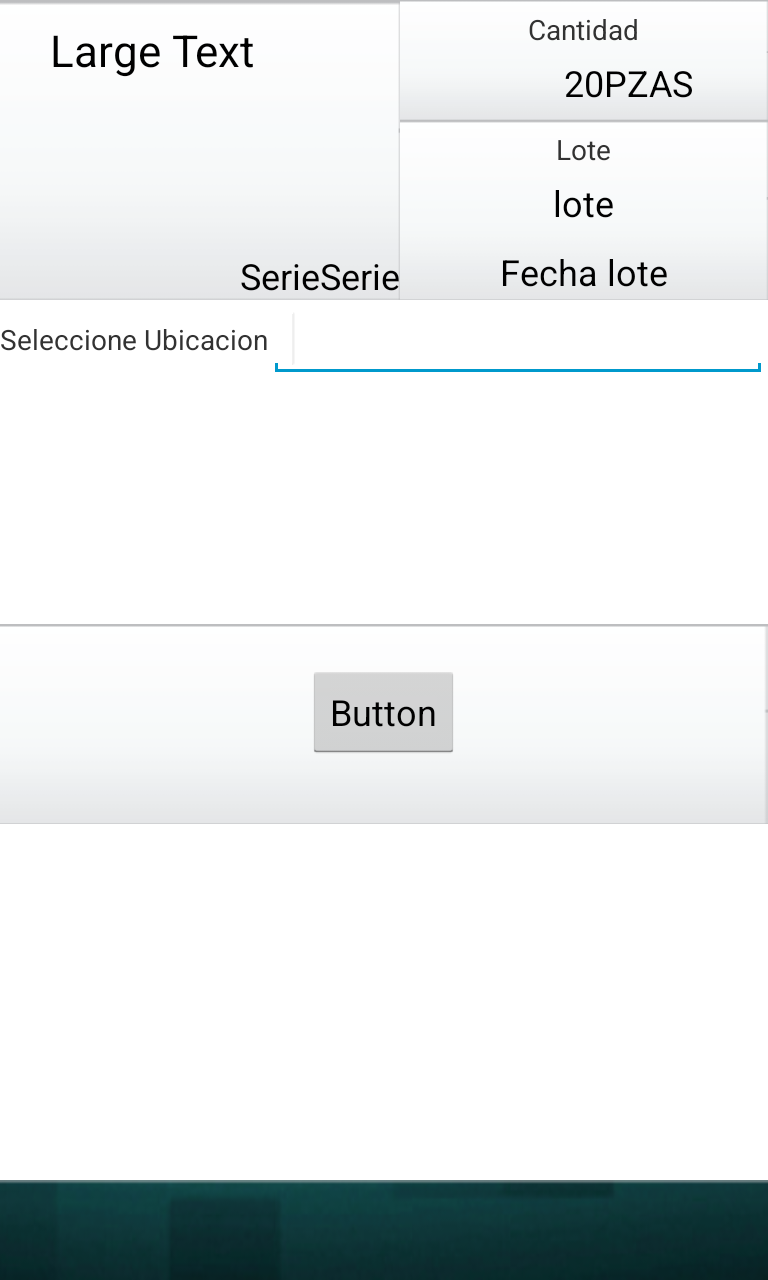
Repository: moynard/PeanutAndroid
Layout: WHSStorekeeper/res/layout/detail_arrivados.xml
The author's editor kept a copy of each file at every save. The layout is drawn from the files as they stood at one save, then again after the next save.
It is drawn on a 768 x 1280 px phone screen (xhdpi) without system bars, with theme AppTheme; the app's code is not run.

Above is the layout before, as saved 2013-07-25 01:29:46.

After the next save:
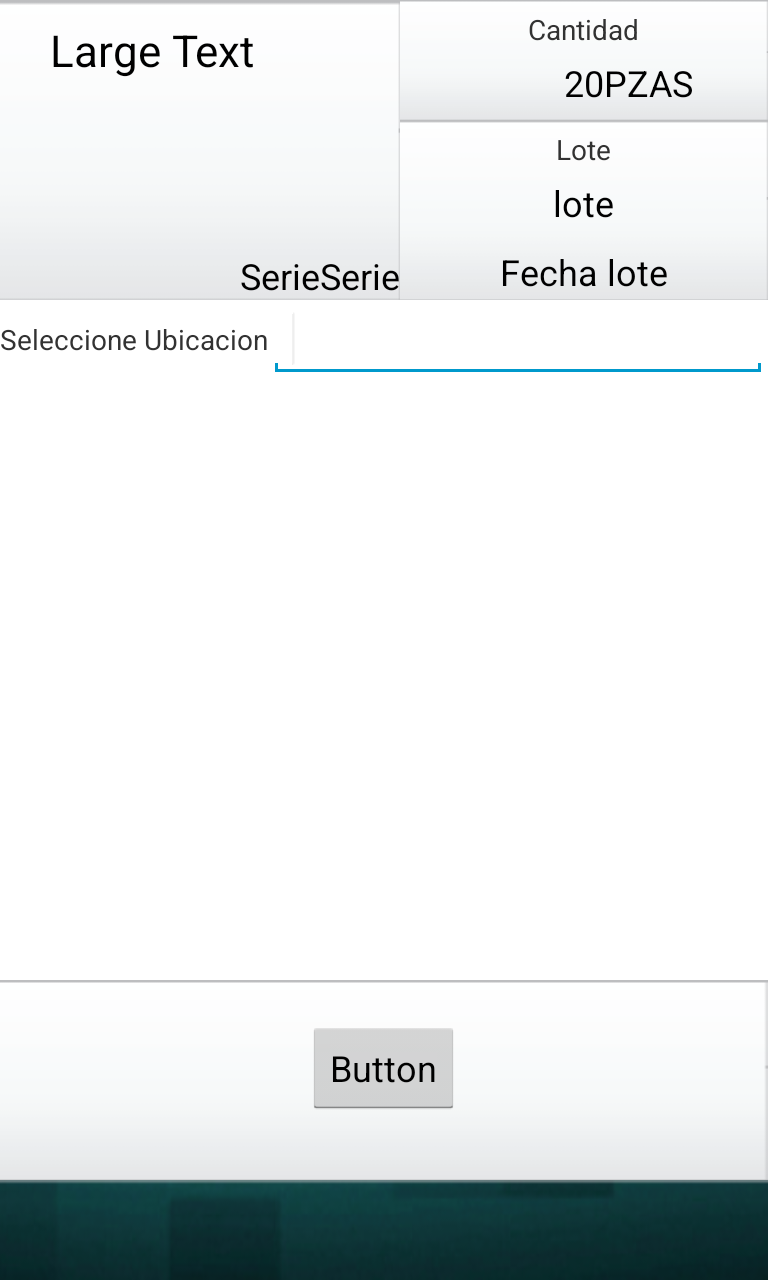
Saved 112 s later.
--- a/WHSStorekeeper/res/layout/detail_arrivados.xml
+++ b/WHSStorekeeper/res/layout/detail_arrivados.xml
@@ -166,9 +166,8 @@
          android:id="@+id/layoutBoton2"
          android:layout_width="fill_parent"
          android:layout_height="100dp"
+         android:layout_above="@+id/layoutFoter"
          android:layout_alignParentLeft="true"
-         android:layout_below="@+id/layoutinfo"
-         android:layout_marginTop="12dp"
          android:background="@drawable/bgproducto" >
 
          <Button
